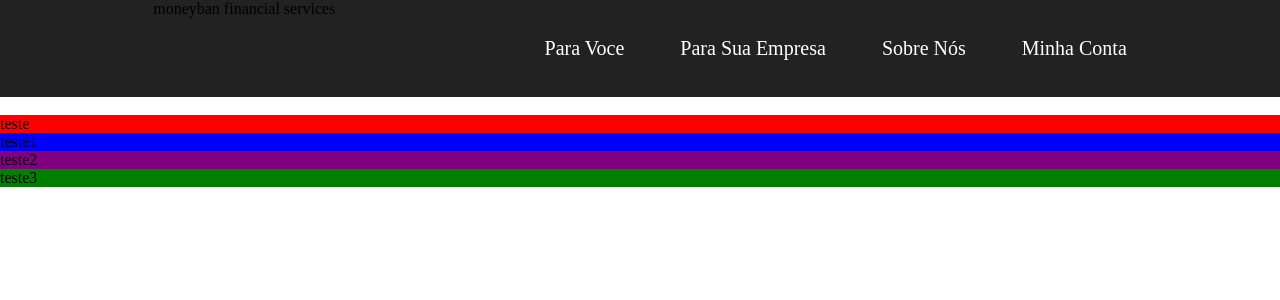
Repository: IvanCardoso91/moneyban
Page: index.html
The author's editor kept a copy of each file at every save. The page is drawn from the files as they stood at one save, then again after the next save.
The browser window is 1280 px wide. The pictures show the whole page.
Some web fonts or font styles are not loaded; a fallback is used.

Above is the page before, as saved 2020-12-12 17:16:03.

After the next save:
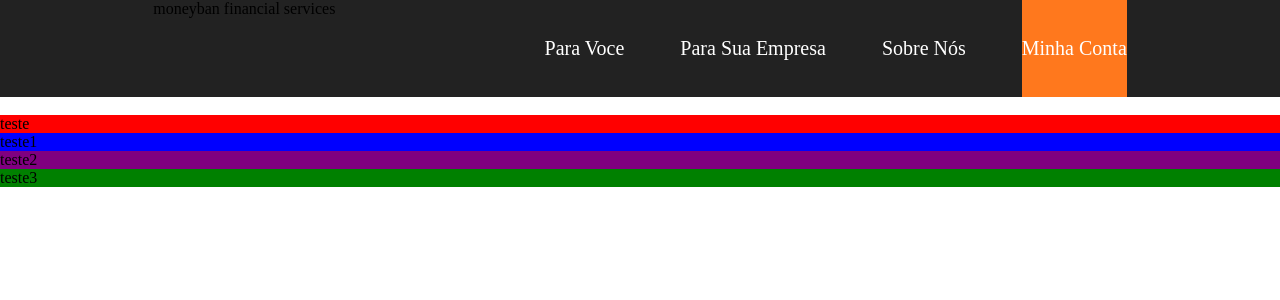
Saved 48 s later.
--- a/style/main-style.css
+++ b/style/main-style.css
@@ -26,14 +26,15 @@ body {
     color: #FFFFFF;
     font-size: 20px;
     font-family: 'Century Gothic';
-    padding-left: 56px;
+    margin-left: 56px;
 }
 
 .menu-options-my-account {
+    background-color: #FF781D;
     color: #FFFFFF;
     font-size: 20px;
     font-family: 'Century Gothic';
-    padding-left: 56px;
+    margin-left: 56px;
     height: 100%;
     display: flex;
     align-items: center;
